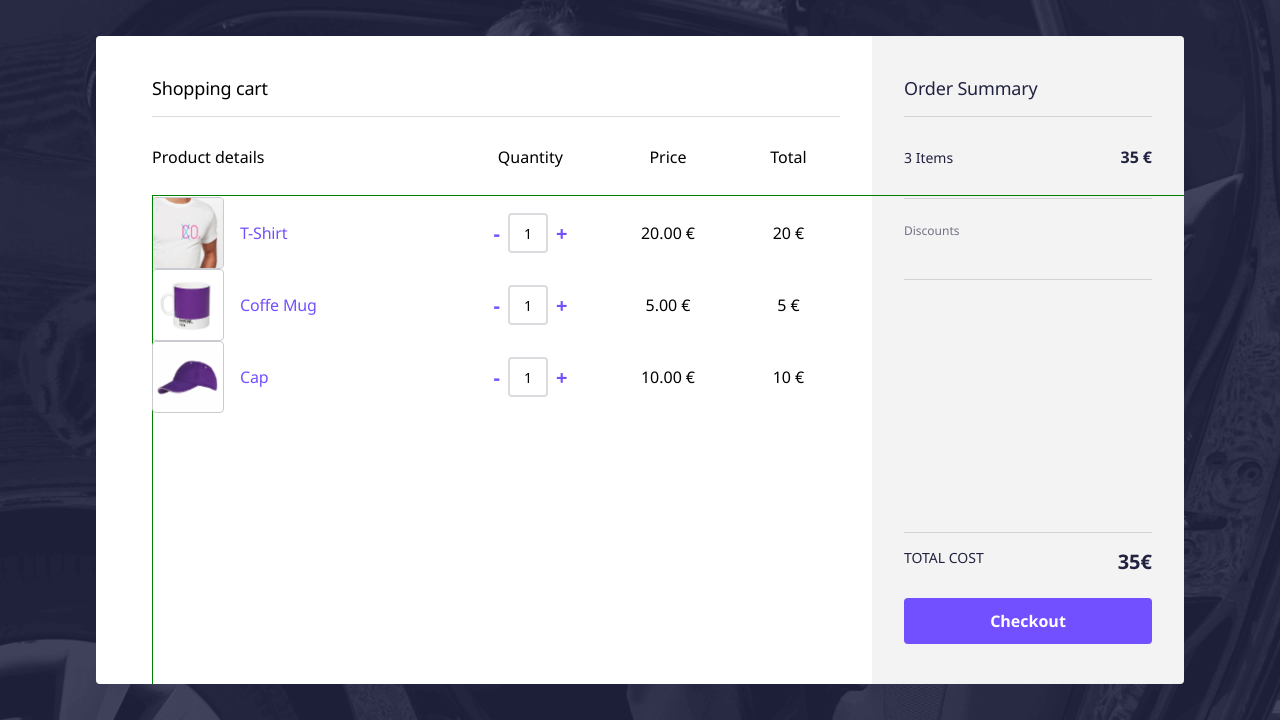
Repository: banchiec/challengecbfy
Page: /
These files come from the project's save history. The page is drawn as it stood at one moment and after the next save; the edit follows.
The browser window is 1280 px wide. The pictures show the whole page.
An inner scrolling area shows only its first screen. Some web fonts or font styles are not loaded; a fallback is used. The project was rebuilt for these pictures with package versions that can differ from the ones it lists, and the page was loaded fresh each time. Also part of the build but not shown: craco.config.js.

Above is the page before, as saved 2021-12-10 12:40:56.

After the next save:
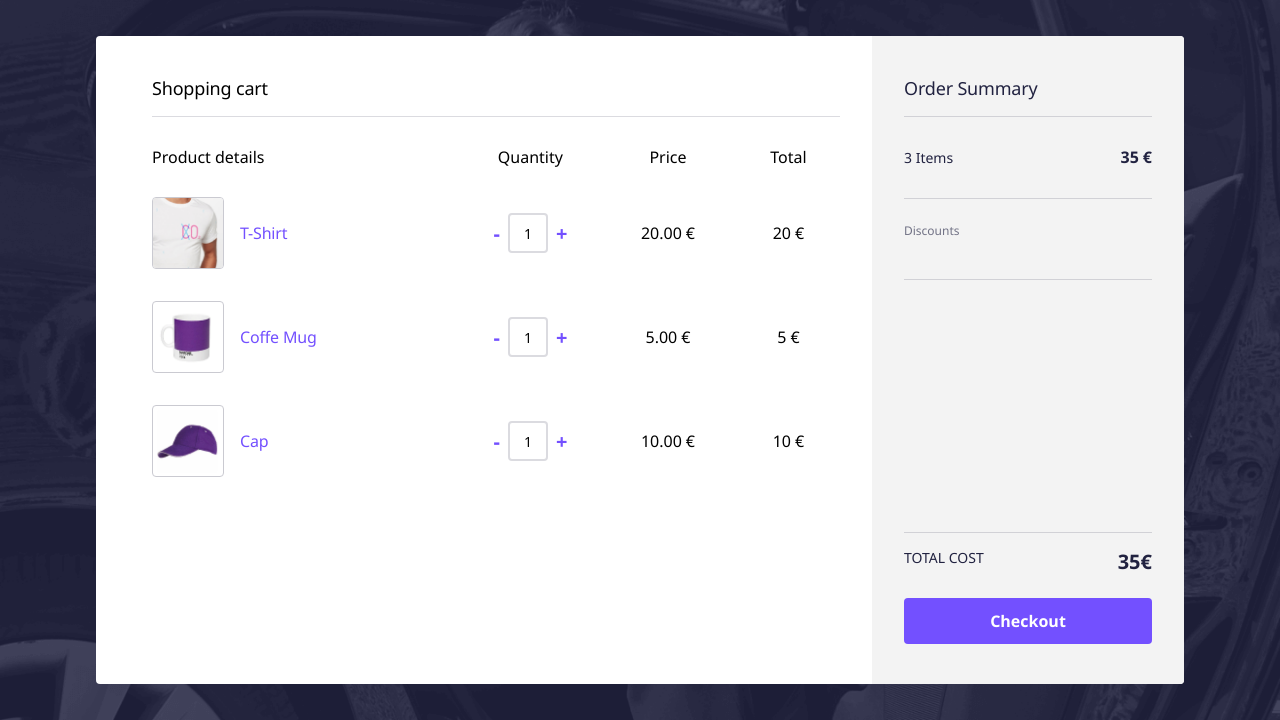
Saved 23 s later.
--- a/src/components/CartString/CartString.js
+++ b/src/components/CartString/CartString.js
@@ -22,9 +22,8 @@
 
     return (
         <>
-            <div className="modal background">
-
-            </div>
+            {/* <div className="modal background">
+            </div> */}
             <li className="product row" onClick={setDetails}>
                 <div className="col-product">
                     <figure className="product-image">

After the save that followed:
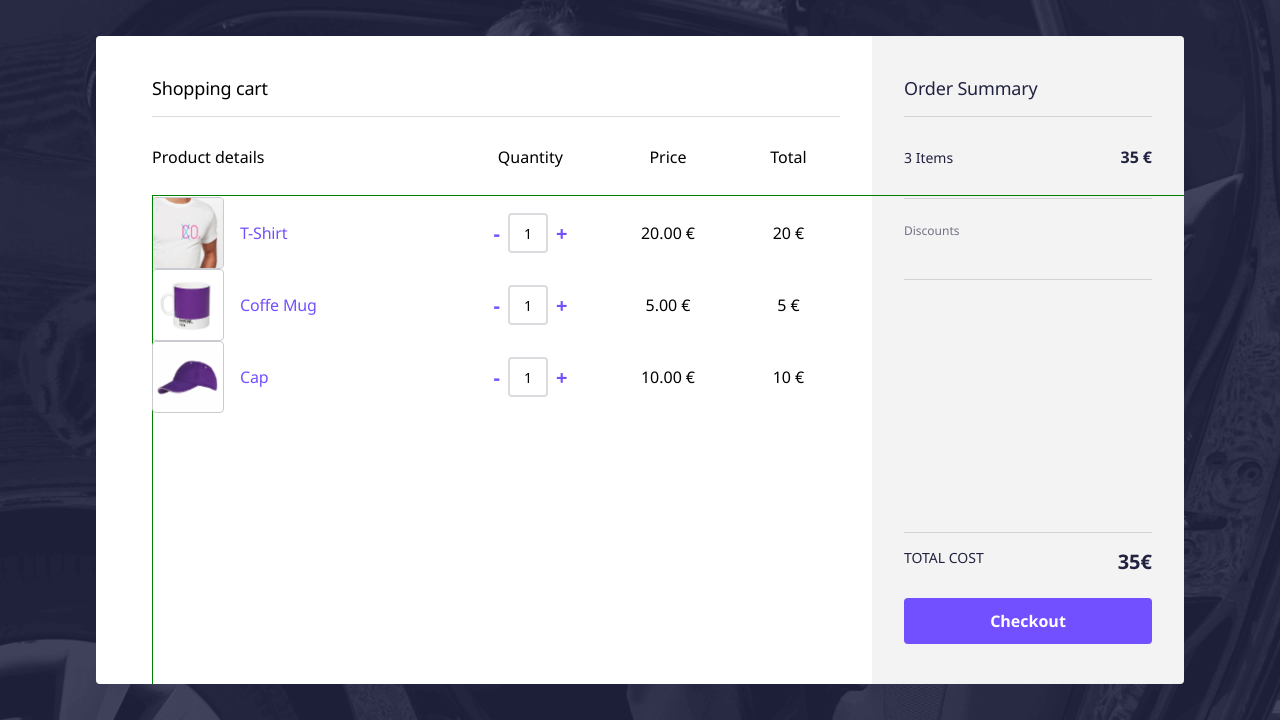
Saved 9 s later.
--- a/src/components/CartString/CartString.js
+++ b/src/components/CartString/CartString.js
@@ -22,8 +22,8 @@
 
     return (
         <>
-            {/* <div className="modal background">
-            </div> */}
+            <div className="modal background">
+            </div>
             <li className="product row" onClick={setDetails}>
                 <div className="col-product">
                     <figure className="product-image">
